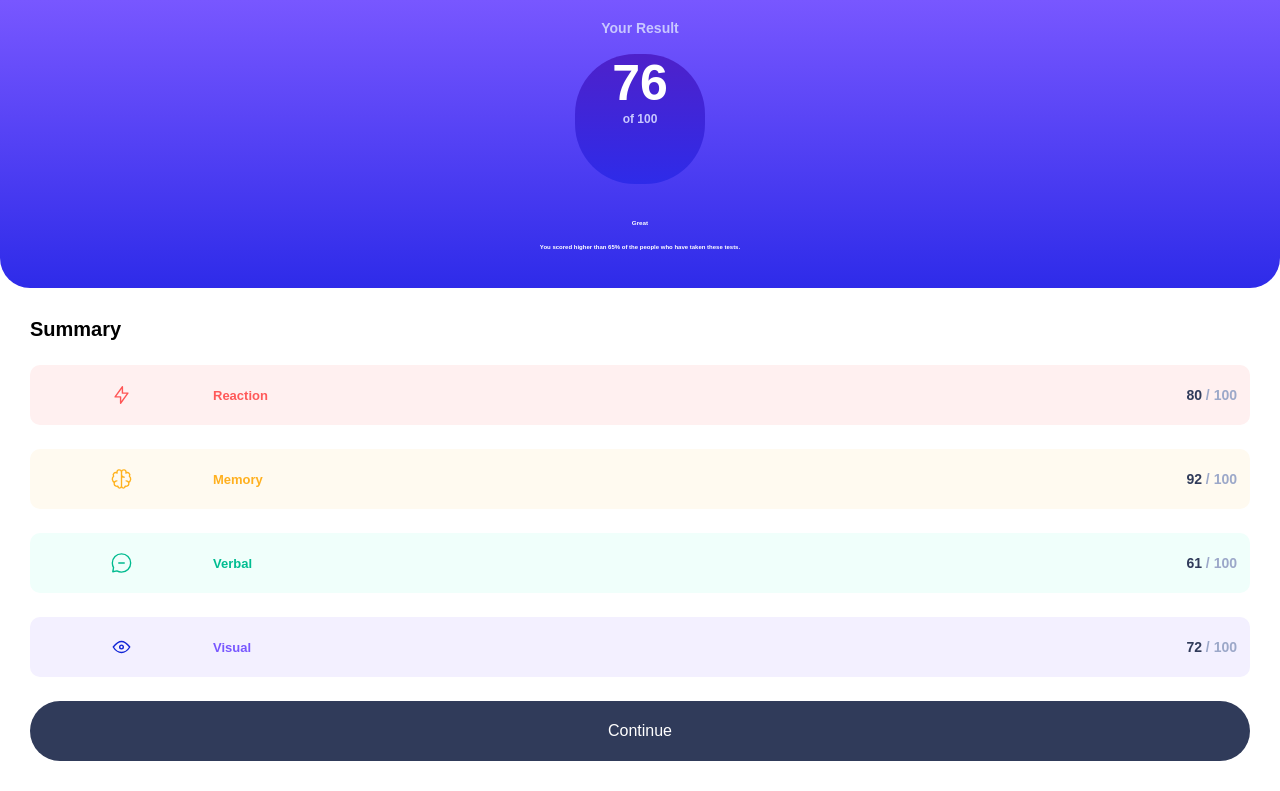
Repository: limaneto/frontend-mentor-results-summary
Page: index.html
The author's editor kept a copy of each file at every save. The page is drawn from the files as they stood at one save, then again after the next save.
The browser window is 1280 px wide. The pictures show the whole page.

Above is the page before, as saved 2023-11-06 10:04:12.

### index.html
<!DOCTYPE html>
<html lang="en">
  <head>
    <meta charset="UTF-8">
    <meta name="viewport" content="width=device-width, initial-scale=1.0">
    <link rel="stylesheet" href="style.css">
  </head>
  <body>
    <main>
      <section id='result'>
        <h1>Your Result</h1>
        <span id='score'>
          <h2>76</h2>
          <h3>of 100</h3>
        </span>
        <p>
          <h4>Great</h4>
          <h5>You scored higher than 65% of the people who have taken these tests.</h5>
        </p>
      </section>
      <summary>
        <h2>Summary</h2>
        <ul>
          <li id='reaction'>
            <img id='icons' src="./assets/images/icon-reaction.svg" alt="Lightning">
            Reaction
            <span>
              80 <span>/ 100</span>
            </span>
          </li>
          <li id='memory'>
            <img id='icons' src="./assets/images/icon-memory.svg" alt="Brain">
            Memory
            <span>
              92 <span>/ 100</span>
            </span>
          </li>
          <li id='verbal'>
            <img id='icons' src="./assets/images/icon-verbal.svg" alt="Cloud">
            Verbal
            <span>
              61 <span>/ 100</span>
            </span>
          </li>
          <li id='visual'>
            <img id='icons' src="./assets/images/icon-visual.svg" alt="Eye">
            Visual
            <span>
              72 <span>/ 100</span>
            </span>
          </li>
        </ul>
        <button>Continue</button>
      </summary>
    </main>
  </body>
</html>

### style.css
:root {
  --red: #ff5959;
  --orangey:	#ffb01f;
  --green: #00bd91;
  --blue: #1125d4;
  --pale-blue: #ebf1ff;
  --white: #ffffff;
  --dark-gray-blue: #303b5a;
  --lavender: #c8c7ff;
  --g-slate-blue: #7857ff;
  --g-royal-blue: #2e2be9;
  --g-violet-blue: #4e21ca;
  --g-persian-blue: #2421ca;
}

@font-face {
  font-family: 'HankenGrotesk', sans-serif;
  src: url(./assets/fonts//HankenGrotesk-VariableFont_wght.ttf);
}

* {
  box-sizing: border-box;
  margin: 0;
  padding: 0;
}

html, body {
  font-size: 62.5%;
  font-family: 'HankenGrotesk', sans-serif;
  height: 100vh;
  width: 100vw;
}

li {
  display: block;
}

main {
  height: 100%;
  width: 100%;
}

section {
  display: flex;
  flex-direction: column;
  align-items: center;
  justify-content: space-between;
  padding: 2.0rem;
  height: 40%;
  background: linear-gradient(0deg, var(--g-royal-blue), var(--g-slate-blue));
  border-bottom-left-radius: 30px;
  border-bottom-right-radius: 30px;
  color: var(--white);
}

section > h1 {
  font-size: 1.4rem;
  color: var(--lavender);
}

#score {
  text-align: center;
  height: 130px;
  width: 130px;
  border-radius: 6rem;
  background: linear-gradient(180deg, var(--g-violet-blue), var(--g-royal-blue));
}

#score > h2 {
  font-size: 5rem;
}

#score > h3 {
  font-size: 1.2rem;
  color: var(--lavender);
}

section > p > h4 {
  font-size: 2rem;
}

summary {
  padding: 30px;
}

summary > h2 {
  font-size: 2rem;
}

summary > ul > li {
  font-size: 1.3rem;
  font-weight: bold;
  display: flex;
  align-items: center;
  width: 100%;
  height: 60px;
  border-radius: 10px;
  background-color: #00bd91;
  margin: 24px 0;
}

#reaction {
  color: var(--red);
  background-color: hsl(0, 100%, 97%);
}

#memory {
  color: var(--orangey);
  background-color: hsl(39, 100%, 97%);
}

#verbal {
  color: var(--green);
  background-color: hsl(166, 100%, 97%);
}

#visual {
  color: var(--g-slate-blue);
  background-color: hsl(252, 100%, 97%);
}

#icons {
  width: 15%;
  height: 2.2rem;
}

li > span {
  color: var(--dark-gray-blue);
  font-size: 1.4rem;
  margin-right: 1.3rem;
  margin-left: auto;
}

li > span > span {
  color: hsl(224, 30%, 70%);
}

summary > button {
  background-color: var(--dark-gray-blue);
  width: 100%;
  height: 60px;
  color: var(--white);
  border: none;
  border-radius: 3.2rem;
  font-size: 1.6rem;
}

After the next save:
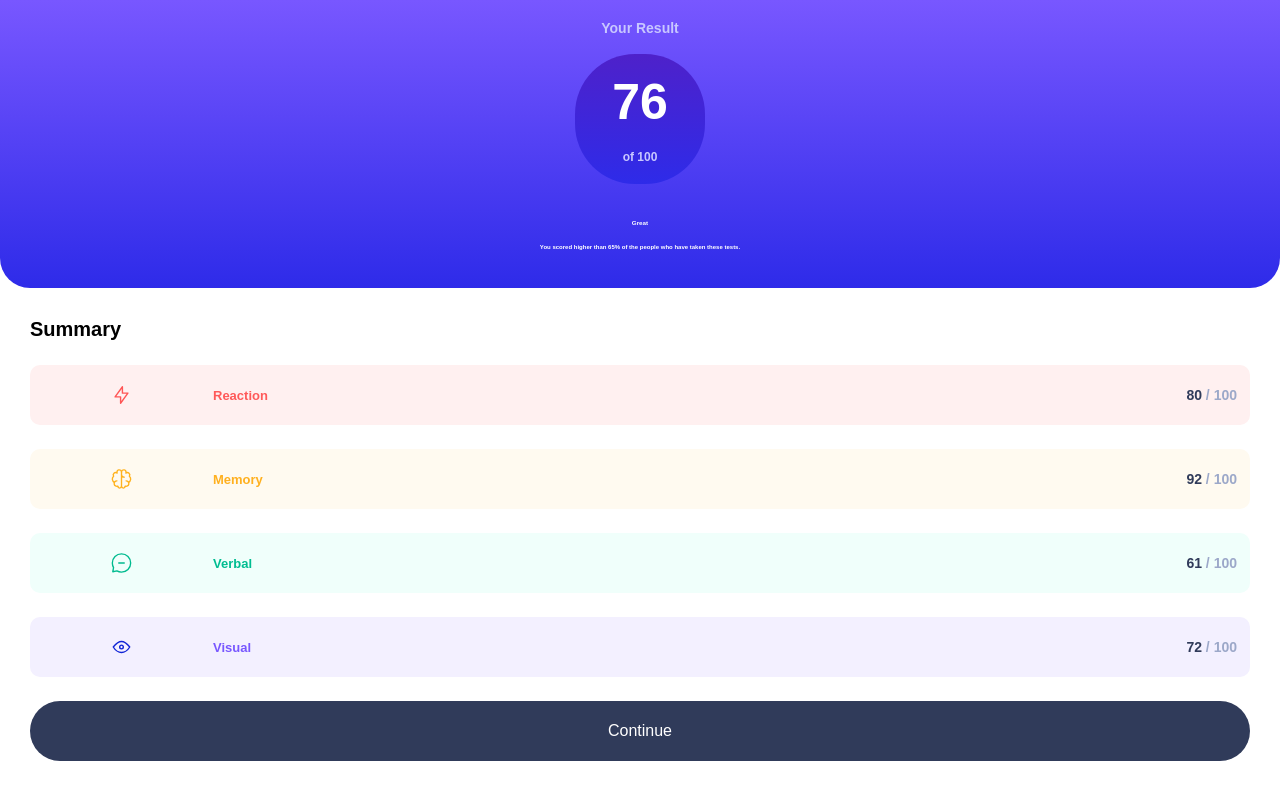
Saved 2 min 13 s later.
--- a/style.css
+++ b/style.css
@@ -59,6 +59,9 @@ section > h1 {
 }
 
 #score {
+  display: flex;
+  flex-direction: column;
+  justify-content: space-evenly;
   text-align: center;
   height: 130px;
   width: 130px;
